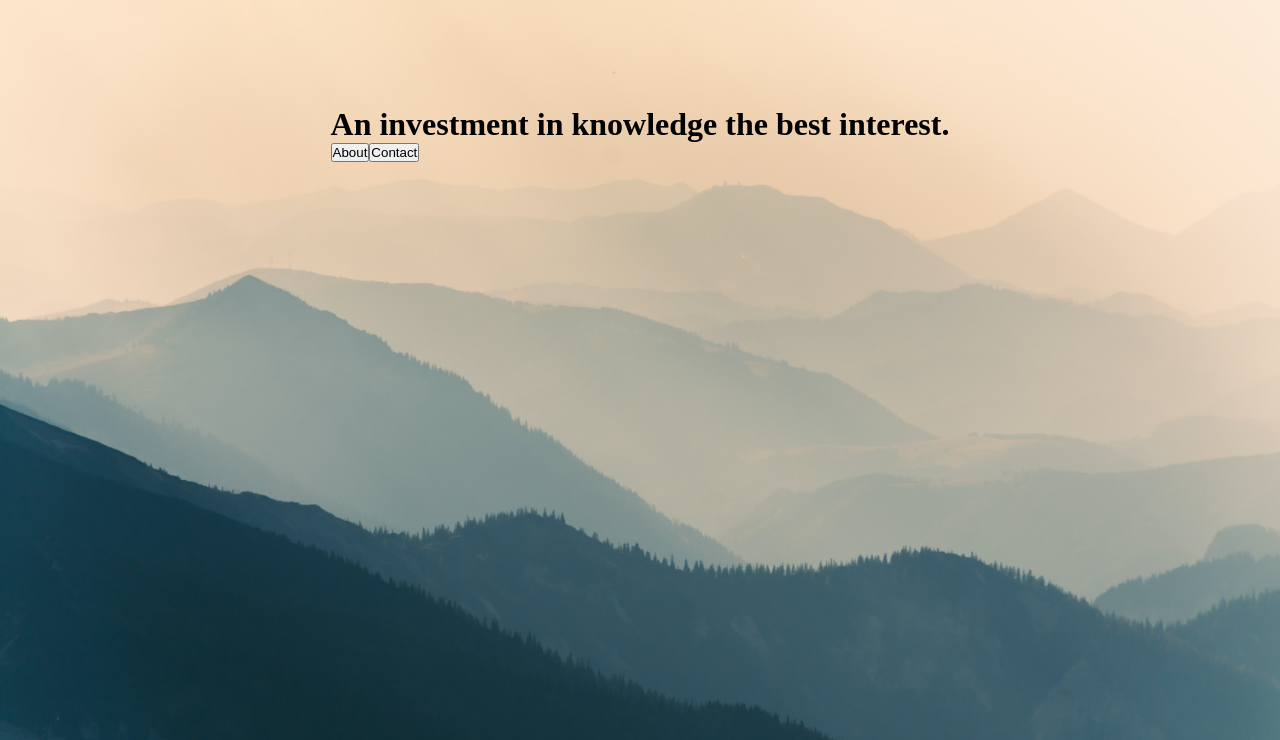
Repository: SanlyLp/assignment-1-playwright-site-a01182379
Page: /
These files come from the project's save history. The page is drawn as it stood at one moment and after the next save; the edit follows.
The browser window is 1280 px wide. The pictures show the whole page.
The project was rebuilt for these pictures with package versions that can differ from the ones it lists, and the page was loaded fresh each time. The framework's server and built-in components were replaced by stand-ins that run in the browser. Also part of the build but not shown: next.config.js.

Above is the page before, as saved 2023-02-05 20:09:41.

After the next save:
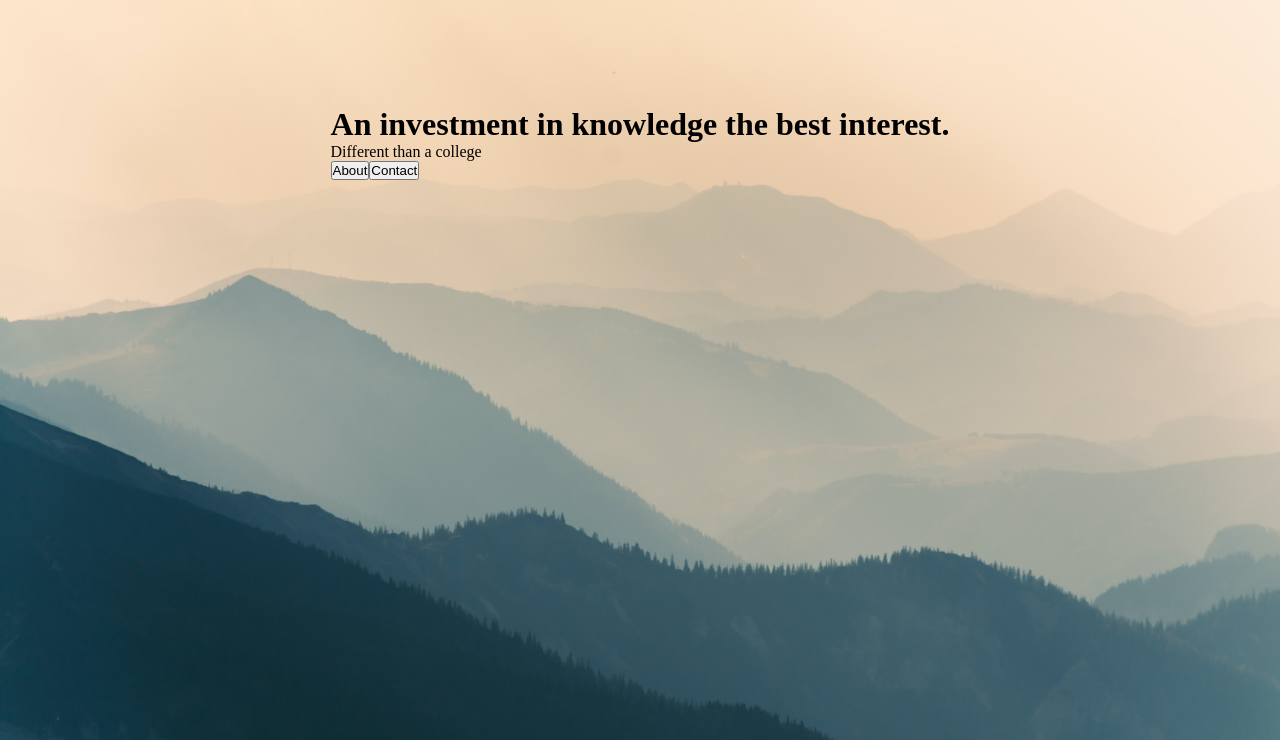
Saved 6 s later.
--- a/pages/index.js
+++ b/pages/index.js
@@ -21,7 +21,7 @@ export default function Home() {
          the best interest.
        </h1>
        <p>
-
+        Different than a college
        </p>
        <Link href="/about">
          <button>About</button>
